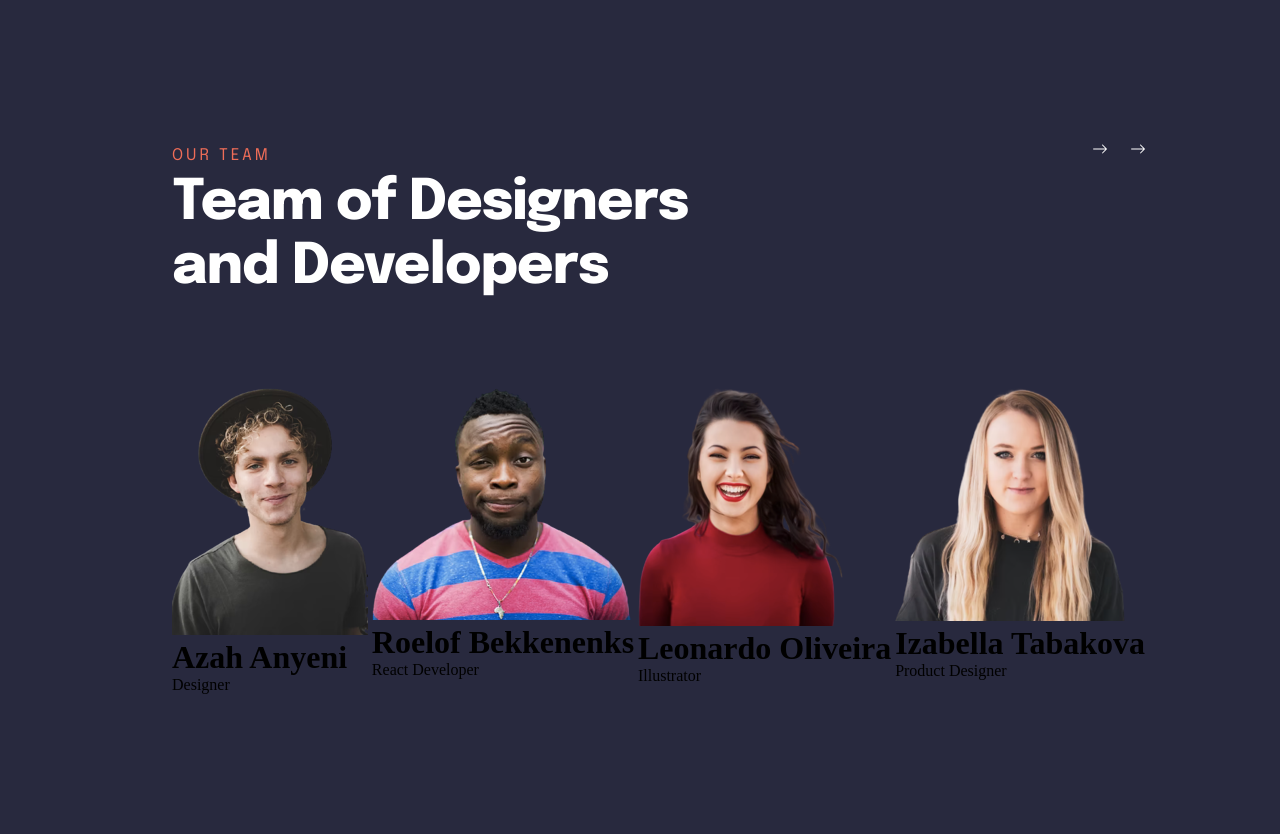
Repository: AytacJafarova/web-site
Page: index.html
An editor plug-in stored every save of this project. The page is shown before and after the next save, followed by the edit.
The browser window is 1280 px wide. The pictures show the whole page.

Above is the page before, as saved 2023-08-15 14:46:14.

After the next save:
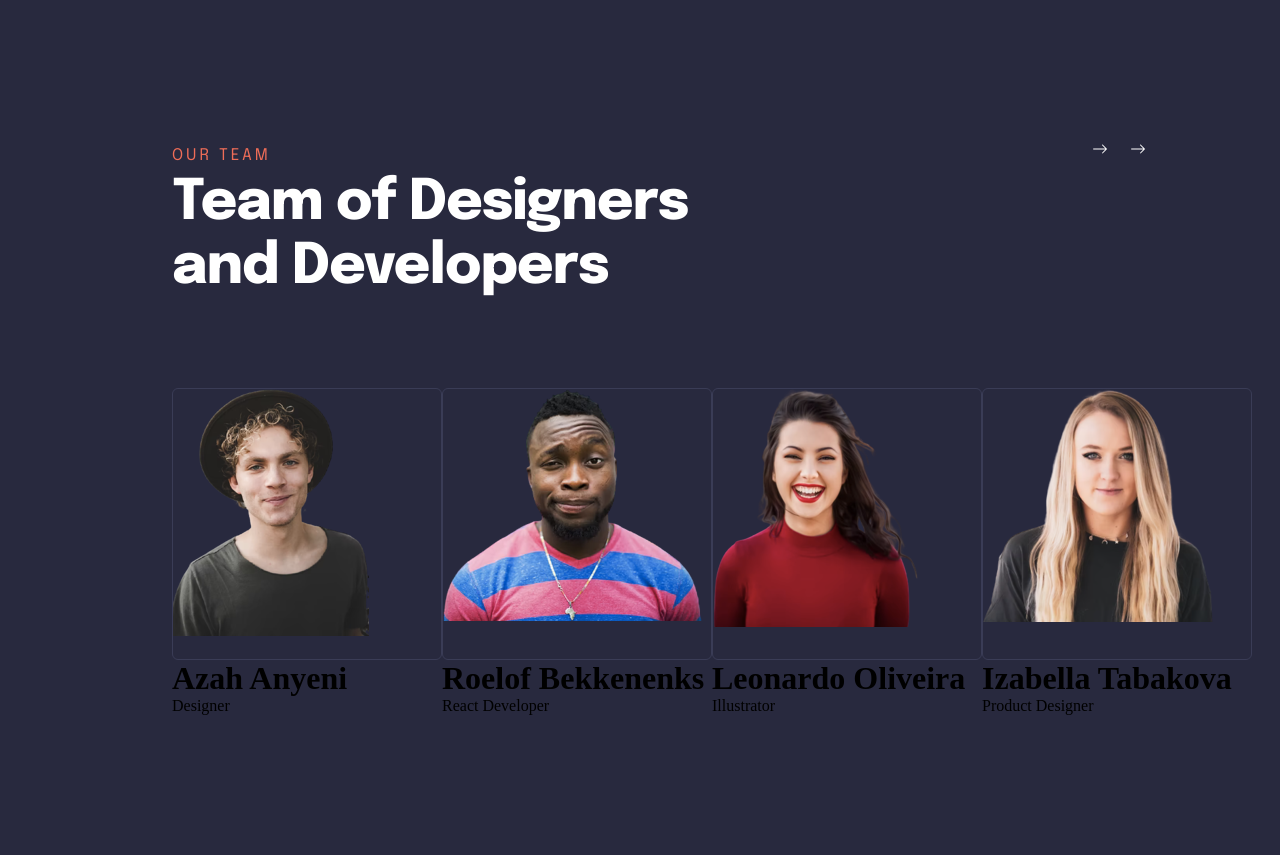
Saved 14 s later.
--- a/index.css
+++ b/index.css
@@ -56,7 +56,7 @@
   height: 232px;
 
 }
-.developers ul li .img2 .border {
+.developers ul li .border {
   /* padding: 40px 40px 0 40px; */
   width: 270px;
   height: 272px;
